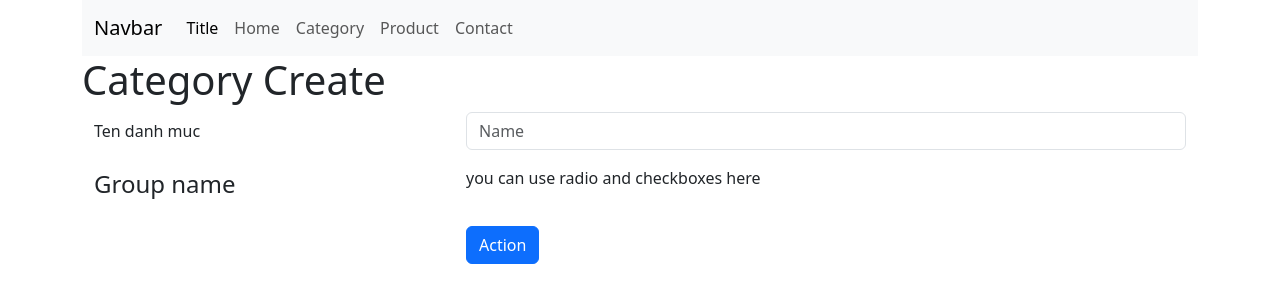
Repository: ndmq03102002/crud_laravel
Page: http://localhost/admin/category/create
The author's editor kept a copy of each file at every save. The page is drawn from the files as they stood at one save, then again after the next save.
The browser window is 1280 px wide. The pictures show the whole page.
The page is served by the project's Laravel application, run on PHP 8.4 with Laravel 10. A made-up administrator, Test User (test@example.com), is signed in.

Above is the page before, as saved 2024-07-12 10:16:47.

After the next save:
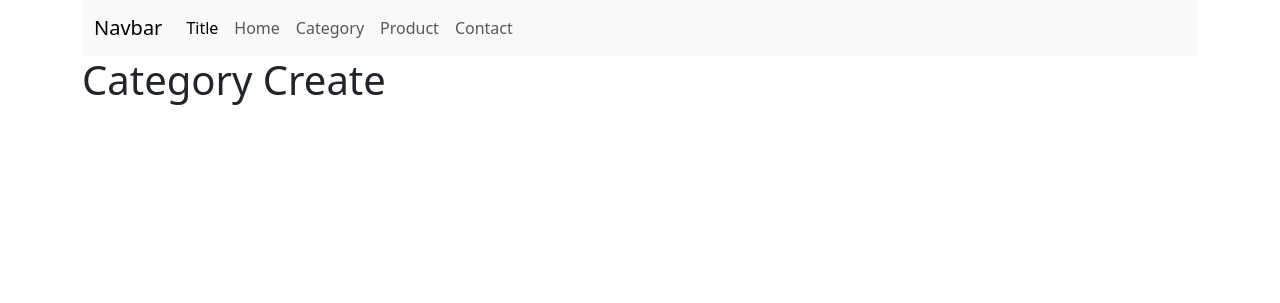
Saved 45 s later.
--- a/resources/views/admin/category/create.blade.php
+++ b/resources/views/admin/category/create.blade.php
@@ -4,47 +4,7 @@
 
 <h1>Category Create</h1>
 
-<div class="container">
-    <form>
-        <div class="mb-3 row">
-            <label
-                for="inputName"
-                class="col-4 col-form-label"
-                >Ten danh muc</label
-            >
-            <div
-                class="col-8"
-            >
-                <input
-                    type="text"
-                    class="form-control"
-                    name="inputName"
-                    id="inputName"
-                    placeholder="Name"
-                />
-            </div>
-        </div>
-        <fieldset class="mb-3 row">
-            <legend
-                class="col-form-legend col-4"
-            >
-                Group name
-            </legend>
-            <div
-                class="col-8"
-            >
-                you can use radio and checkboxes here
-            </div>
-        </fieldset>
-        <div class="mb-3 row">
-            <div class="offset-sm-4 col-sm-8">
-                <button type="submit" class="btn btn-primary">
-                    Action
-                </button>
-            </div>
-        </div>
-    </form>
-</div>
+
 
 
 
